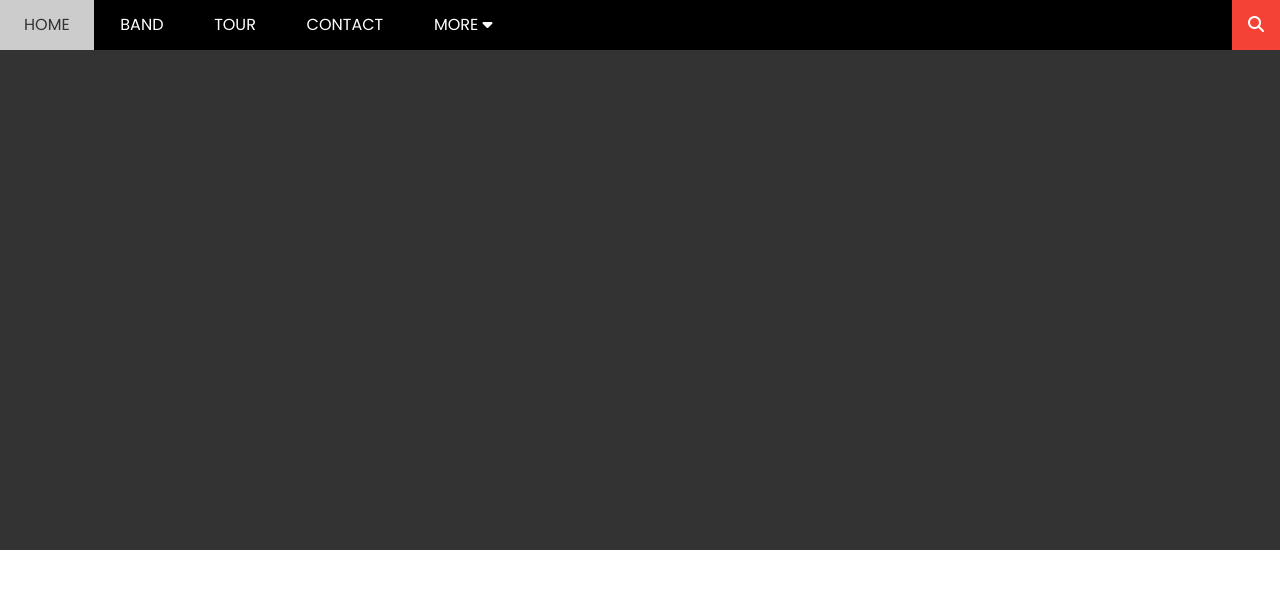
Repository: dptuyen1/the-band
Page: index.html
The author's editor kept a copy of each file at every save. The page is drawn from the files as they stood at one save, then again after the next save.
The browser window is 1280 px wide. The pictures show the whole page.

Above is the page before, as saved 2023-06-02 13:13:02.

### index.html
<!DOCTYPE html>
<html lang="en">
  <head>
    <meta charset="UTF-8" />
    <meta http-equiv="X-UA-Compatible" content="IE=edge" />
    <meta name="viewport" content="width=device-width, initial-scale=1.0" />
    <title>Document</title>
    <link rel="stylesheet" href="./assets/css/style.css" />
    <link
      rel="stylesheet"
      href="https://cdnjs.cloudflare.com/ajax/libs/font-awesome/6.4.0/css/all.min.css"
      integrity="sha512-iecdLmaskl7CVkqkXNQ/ZH/XLlvWZOJyj7Yy7tcenmpD1ypASozpmT/E0iPtmFIB46ZmdtAc9eNBvH0H/ZpiBw=="
      crossorigin="anonymous"
      referrerpolicy="no-referrer"
    />
  </head>
  <body>
    <div id="wrapper">
      <header id="header">
        <ul id="nav">
          <li><a href="#">HOME</a></li>
          <li><a href="#">BAND</a></li>
          <li><a href="#">TOUR</a></li>
          <li><a href="#">CONTACT</a></li>
          <li>
            <a href="#">
              MORE
              <i class="fa-solid fa-caret-down"></i>
            </a>
            <ul class="sub-nav">
              <li><a href="#">Merchandise</a></li>
              <li><a href="#">Extras</a></li>
              <li><a href="#">Media</a></li>
            </ul>
          </li>
        </ul>

        <a href="#" class="search-btn">
          <i class="fa-solid fa-magnifying-glass"></i>
        </a>
      </header>
      <div id="slider"></div>
      <main id="content"></main>
      <footer id="footer"></footer>
    </div>
  </body>
  <script src="./assets/js/script.js"></script>
</html>

### assets/css/style.css
@import url("https://fonts.googleapis.com/css2?family=Poppins:wght@300;400;500;600;700&display=swap");

* {
  padding: 0;
  margin: 0;
  box-sizing: border-box;
}

html {
  font-size: 62.5%;
  font-family: "Poppins", sans-serif;
  scroll-behavior: smooth;
}

:root {
  --white: #fff;
  --black: #000;
  --text: #333;
}

#wrapper {
}
#header {
  height: 50px;
  background-color: var(--black);
  position: relative;
}
#nav,
.sub-nav {
  list-style: none;
}
#nav li {
  display: inline-block;
  position: relative;
}

#nav li a {
  font-size: 1.6rem;
  text-decoration: none;
  line-height: 50px;
  padding: 0 24px;
  display: inline-block;
}

#nav > li > a {
  color: var(--white);
}

#nav li:hover > a {
  background-color: #ccc;
  color: var(--text);
}

#nav li:hover .sub-nav {
  display: block;
}

#nav .sub-nav {
  display: none;
  min-width: 160px;
  position: absolute;
  /* Cách top 1 đoạn = chiều cao thẻ cha (li) */
  top: 100%;
  /* Cách left 1 đoạn = chiều rộng thẻ cha (li)
  left: 100%; */
  left: 0;
  background-color: var(--white);
  box-shadow: 0 0 10px rgba(0, 0, 0, 0.3);
}

.sub-nav * {
  width: 100%;
}

#nav .sub-nav a {
  color: var(--black);
  padding: 0 16px;
  line-height: 40px;
}

.search-btn {
  display: block;
  font-size: 1.6rem;
  line-height: 50px;
  color: var(--white);
  padding: 0 16px;
  background-color: #f44336;
  position: absolute;
  top: 0;
  right: 0;
}

#slider {
  min-height: 500px;
  background-color: var(--text);
}
#content {
}
#footer {
}

Loaded but not shown: assets/js/script.js (no copy from this time; the picture is the same without it)

After the next save:
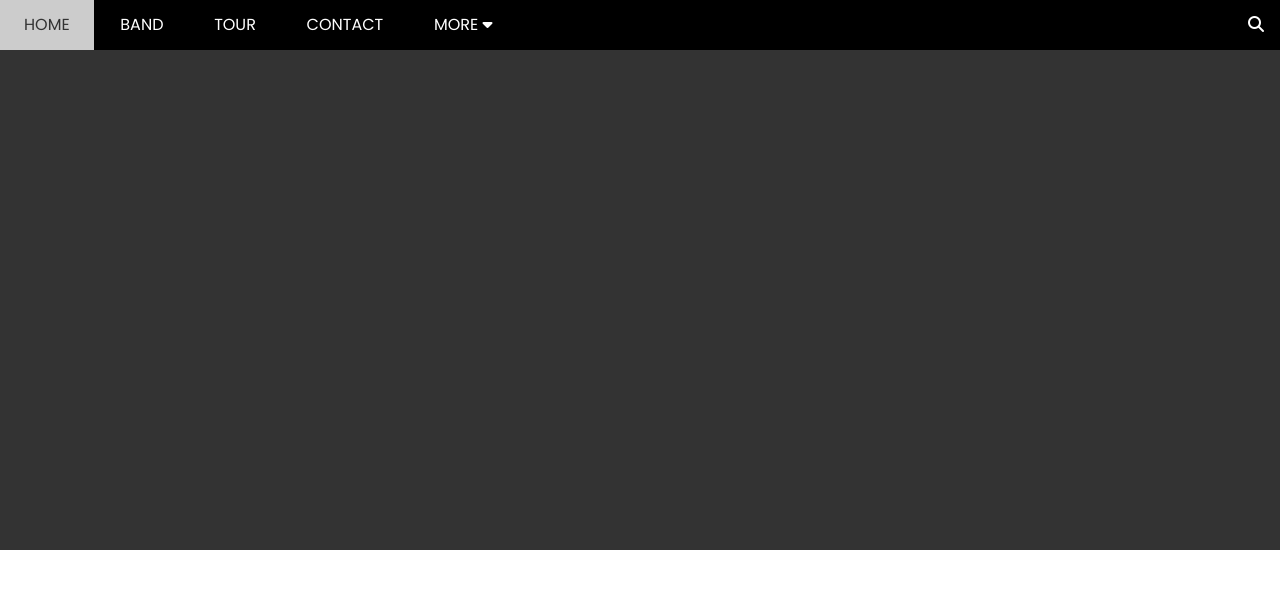
Saved 56 s later.
--- a/assets/css/style.css
+++ b/assets/css/style.css
@@ -84,10 +84,13 @@ html {
   line-height: 50px;
   color: var(--white);
   padding: 0 16px;
-  background-color: #f44336;
   position: absolute;
   top: 0;
   right: 0;
+}
+
+.search-btn:hover {
+  background-color: #f44336;
 }
 
 #slider {
